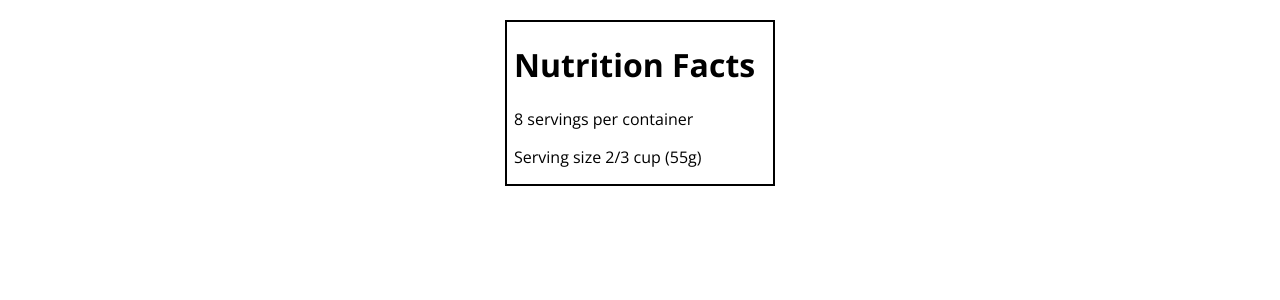
Repository: AimenDje/NutritionLabel
Page: index.html
An editor plug-in stored every save of this project. The page is shown before and after the next save, followed by the edit.
The browser window is 1280 px wide. The pictures show the whole page.

Above is the page before, as saved 2025-08-27 02:01:20.

After the next save:
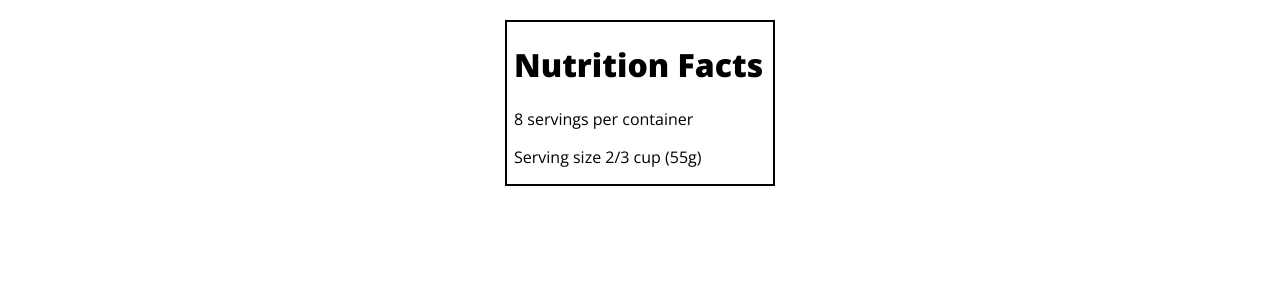
Saved 54 s later.
--- a/styles.css
+++ b/styles.css
@@ -16,3 +16,7 @@ html{
   margin: 20px auto;
   padding : 0 7px;
 }
+
+h1{
+  font-weight: 800;
+}
